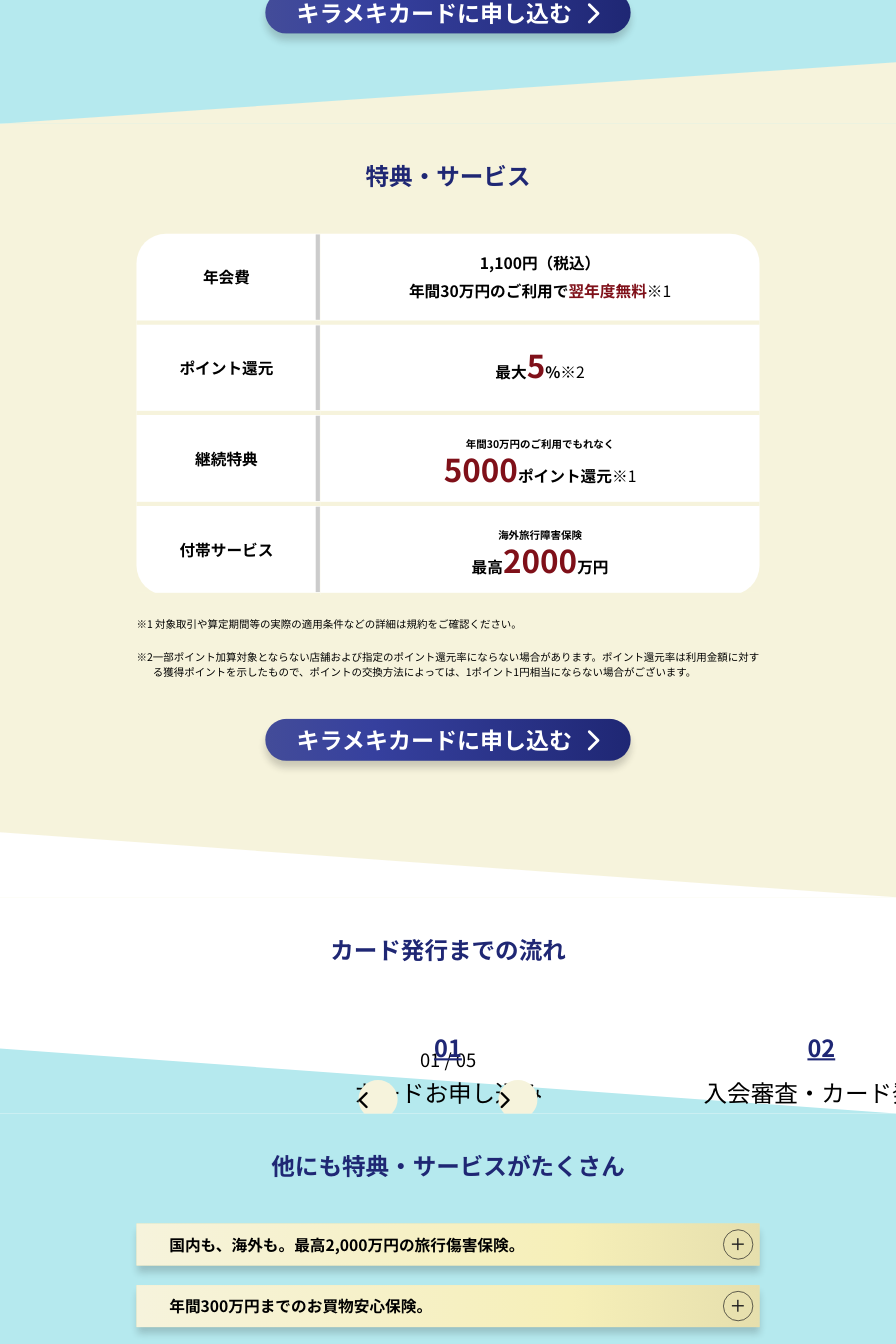
Repository: ryu-nuno/tech_academy_subwork
Page: kadai-kirameki-card-main/index.html
The author's editor kept a record of every edit. The page is drawn from the files as they stood at one moment, then again after the next edit.
The browser window is 1280 px wide. The pictures show the part of the page from y = 1667 to 3587 px (the page is 6147 px tall), at 70% of full size.
Some web libraries are served in a nearby version.

Above is the page before.

### kadai-kirameki-card-main/index.html
<!DOCTYPE html>
<html lang="ja">
    <head>
        <meta charset="UTF-8">
        <meta name="viewport" content="width=device-width, initial-scale=1.0">
        <title>Kirameki-card</title>
        <meta name="description" content="ページの説明が入ります">

        <!-- CSS -->
        <link rel="stylesheet" href="https://cdnjs.cloudflare.com/ajax/libs/normalize/8.0.1/normalize.css">
        <link rel="stylesheet" type="text/css" href="./slick/slick.css">
        <link rel="stylesheet" type="text/css" href="./slick/slick-theme.css">
        <link rel="stylesheet" href="https://unpkg.com/swiper/swiper-bundle.css">
        <link rel="stylesheet" href="https://unpkg.com/swiper/swiper-bundle.min.css">
        <link rel="stylesheet" href="./css/style.css">

        <!-- FontAwesome -->
        <script src="https://kit.fontawesome.com/ab2670e4fc.js" crossorigin="anonymous"></script>

        <link rel="preconnect" href="https://fonts.googleapis.com">
        <link rel="preconnect" href="https://fonts.gstatic.com" crossorigin>
        <link href="https://fonts.googleapis.com/css2?family=Cormorant+Garamond:wght@300&family=Noto+Serif+JP&family=Roboto&display=swap" rel="stylesheet">
    </head>
    <body>
      <div id="wrapper">


        <!-- ヘッダー -->
        <header class="header">
          <div class="logo"><img src="./images/pc/Kirameki_Card_logo.png" alt=""></div>

          <div class="header_wrap">
            <div class="nav">
            <nav class="pc_nav">
              <ul class="pc_nav_ul">
                <li><a href="#">カード活用方法</a></li>
                <li><a href="#">ポイントを使う</a></li>
                <li><a href="#">お問合せ</a></li>
              </ul>
            </nav>
            </div>

            <div class="application_button_s"><span class="head_right"><a href="#">申し込む</a></span><i class="fas fa-chevron-right"></i></div>
          </div>
        </header>


        <header class="sp_header">
          <div><div class="sp_logo">キラメキカード</div></div>
                  <div class="sp_nav_wrap">
          <div id="menu"><span class="hamburger"><i class="fas fa-bars"></i></span></div>
            <nav class="sp_nav">
            <ul class="sp_nav_ul">
              <li><a href="#">カード活用方法</a></li>
              <li><a href="#">ポイントを使う</a></li>
              <li><a href="#">お問い合わせ</a></li>
            </ul>
        </nav>
    </div>
  </header>

        <!--メイン-->
        <main>

          <section class="main_top">
              <h1 class="main_catch">ネットショッピング時代の<br class="sp_br" />スタンダード</h1>
                <div class="main_img">
                  <img src="./images/pc/lp6_1.png" alt="">
                </div>
                <div class="sp_join_button"><span class="sp_join_p"><a href="#">申し込む</a></span><i class="fas fa-chevron-right"></i></div>
                <div class="stack">
                  <div class="sub_catch">キラメキカードは<br class="sp_br" />2021最強クレジットカード<br class="sp_br" />ランキングNo.1に選ばれました</div>
                </div>
          </section>

          <section class="gap">
          </section>
          <section class="join1">

            <h2 class="ad_heading">新規ご入会&ご利用で！</h2>
            <div class="join_wrap">
              <div class="join_detail">
                <span class="vertical">最大</span>
                <span class="font_l_red">8000</span><span class="point">ポイント</span><span class="kome">※</span><br />
                <span class="text_center_present">プレゼント!</span>
              </div>

              <div class="campaign_period">
                <span class="campaign">キャンペーン期間</span>
               <span class="period">2021年10月1日〜2022年3月31日</span>
              </div>

               <div class="campaign_caution">
                 <span class="rice_2">※</span>
                <span class="subject">最大8000ポイントは新規ご入会かつカード発行後1ヶ月以内に3000円以上ご利用いただいた方が対象となります</span>
               </div>

              <div class="caution_detail">
                <div class="detail_first">
                <span class="caution">＜ご注意事項＞<br /></span>
                <span class="not_app">以下のいずれかに当てはまる場合は対象外になります。<br /></span>
              </div>

              <div class="detail_second">
                <div class="flex">
                <span class="not_app_p">・</span><span class="not_app_block">2021年9月30日時点で弊社が指定するカードをお持ちの方</span>
              </div>
              <div class="flex">
                <span class="not_app_p">・</span><span class="not_app_block">2019年3月1日以降、新規で弊社が指定するカードを発行した履歴がある方</span>
              </div>
            </div>
            </div>
            </div>

              <div class="application_button_l"><span class="ad_right"><a href="#">キラメキカードに申し込む</a></span><i class="fas fa-chevron-right"></i></div>
           </section>

           <section class="benefit_service">
             <h2 class="heading">特典・サービス</h2>
            <table class="benefit_table">
              <tr>
                <td class="h_cell left_top"><span class="bold_head t_head">年会費</span></td>
                <td class="d_cell right_top"><span class="bold">1,100円（税込）<br /></span>
                  <span class="bold">年間30万円のご利用で</span><span class="red_m">翌年度無料</span><span class="annnotation sp_position">※1</span>
              </td>
              </tr>
              <tr>
                <td class="h_cell"><span class="bold_head t_head">ポイント還元</span></td>
                <td class="d_cell"><span class="bold">最大</span><span class="red_l">5</span><span class="bold">%</span><span class="annnotation">※2</span> </td>
              </tr>
              <tr>
                <td class="h_cell"><span class="bold_head t_head">継続特典</span></td>
                <td class="d_cell"><span class="regular">年間30万円のご利用でもれなく<br /></span>
                    <span class="red_l">5000</span><span class="bold">ポイント還元</span><span class="annnotation">※1</span>
                </td>
              </tr>
              <tr>
                <td class="h_cell left_bottom"><span class="bold_head t_head">付帯サービス</span></td>
                <td class="d_cell right_bottom"><span class="regular">海外旅行障害保険<br /></span>
                  <span class="bold">最高</span><span class="red_l">2000</span><span class="bold">万円</span>
                </td>
              </tr>
            </table>

            <div class="supplement sp_bottom"><span class="spp_no">※1 対象取引や算定期間等の実際の適用条件などの詳細は規約をご確認ください。</span></div>

          <div class="supplement"><span class="spp_no">※2</span><span class="spp_p"> 一部ポイント加算対象とならない店舗および指定のポイント還元率にならない場合があります。ポイント還元率は利用金額に対する獲得ポイントを示したもので、ポイントの交換方法によっては、1ポイント1円相当にならない場合がございます。</span></div>


              <div class="application_button_l"><span class="ad_right"><a href="#">キラメキカードに申し込む</a></span><i class="fas fa-chevron-right"></i></div>
           </section>

           <section class="flow">
             <h2 class="heading">カード発行までの流れ</h2>

             <div class="swiper">
              <div class="swiper-wrapper">
                <div class="swiper-slide"><span class="flow_no">01<br /></span><span class="flow_head">カードお申し込み</span></div>
                <div class="swiper-slide"><span class="flow_no">02<br /></span><span class="flow_head">入会審査・カード発行</span></div>
                <div class="swiper-slide"><span class="flow_no">03<br /></span><span class="flow_head">カード到着</span></div>
                <div class="swiper-slide"><span class="flow_no">04<br /></span><span class="flow_head">アプリをダウンロード</span></div>
                <div class="swiper-slide"><span class="flow_no">05<br /></span><span class="flow_head">アプリでカード番号を確認</span></div>
              </div>
              <div class="swiper-button-prev"></div>
              <div class="swiper-button-next"></div>
              <div class="swiper-pagination"></div>
            </div>
           </section>


           <section class="other">
              <h2 class="heading">他にも<br class="sp_br" />特典・サービスがたくさん</h2>

              <div class="other_wrap">
                <dl class="accordion">
                    <dt class="other_heading"><div class="sp_question pc_question"><span class="other_head_p">国内も、海外も。<br class="sp_br" />最高2,000万円の旅行傷害保険。</span><span class="symbol">開く</span></div></dt>
                    <dd class="other_p"><div class="flex" style="display : flex; align-items: baseline;"><div class="other_block">最高2,000万円の旅行傷害保険<br />海外・国内最高2,000万円の旅行傷害保険が付帯されます。（一部利用条件あり）</div></div></dd>
                    <dt class="other_heading"><div class="sp_question"><span class="other_head_p">年間300万円までの<br class="sp_br" />お買物安心保険。</span><span class="symbol">開く</span></div></dt>
                    <dd class="other_p"><div class="flex" style="display : flex; align-items: baseline;"><div class="other_block">キラメキクレジットカードで決済して購入した商品が壊れたり、盗まれたりしたときに安心の保険サービスです。<br />保険料のお支払いや事前のお届けは必要ございません。</div></div></dd>
                    <dt class="other_heading"><div class="sp_question"><span class="other_head_p">国内空港ラウンジサービスが<br class="sp_br" />無料<br class="sp_br"></span><span class="symbol">開く</span></div></dt>
                    <dd class="other_p"><div class="flex" style="display : flex; align-items: baseline;"><div class="other_block">国内主要空港のラウンジを無料でご利用いただくことが可能です。</div></div></dd>
                    <dt class="other_heading"><div class="sp_question"><span class="other_head_p">海外Wi-Fi無料レンタル</span><span class="symbol">開く</span></div></dt>
                    <dd class="other_p"><div class="flex" style="display : flex; align-items: baseline;"><div class="other_block">海外でご利用いただけるポータブルWi-Fiを無料でレンタルすることが可能です。</div></div></dd>
                    <dt class="other_heading"><div class="sp_question"><span class="other_head_p">24時間対応の<br class="sp_br" />紛失受付センター</span><span class="symbol">開く</span></div></dt>
                    <dd class="other_p"><div class="flex" style="display : flex; align-items: baseline;"><div class="other_block">紛失したカードの利用停止と再発行のお手続きをWebと電話から同時に行うことが可能です。</div></div></dd>
                  </dl>
                </div>
            </section>









            <section class="base_info">
              <h2 class="heading">基本情報</h2>

              <table class="base_info_table">
                <tr><td class="base_info_th">名称</td><td class="base_info_td">キラメキクレジットカード</td></tr>
                <tr><td class="base_info_th">発行ブランド</td><td class="base_info_td">AAAAA / BBBBB</td></tr>
                <tr><td class="base_info_th">入会対象者</td><td class="base_info_td">満20歳以上で、ご本人に安定継続収入のある方</td></tr>
                <tr><td class="base_info_th">年会費</td><td class="base_info_td"><div class="line_height">＜本会員＞<br />通常　1100円（税込）<br /><span class="annotation_block">※年間30万円のご利用で翌年の年会費無料</span><br />＜家族会員＞<br />無料（人数制限なし）</div></td></tr>
                <tr><td class="base_info_th">ポイント</td><td class="base_info_td">カード利用金額 200円（税込）ご利用で1ポイント</td></tr>
                <tr><td class="base_info_th">旅行傷害保険</td><td class="base_info_td">最高2,000万円の海外・国内旅行傷害保険<br /><span class="annotation_flex"><span class="info_annotation">※</span><span class="info_annnotation annotation_block">傷害死亡・後遺障害補償は、事前の旅費などの当該カードでのクレジット決済有無により最高補償額が異なります。</span></span></td></tr>
                <tr><td class="base_info_th">ショッピング保証</td><td class="base_info_td">年間300万円までのお買物安心保険<br /><span class="annotation_flex"><span class="info_annotation">※</span><span class="info_annnotation annotation_block">一部補償の対象とならない商品・損害がございます</span></span></td></tr>


              </table>
            </section>

            <section class="join2">
              <h2 class="ad_heading">新規ご入会&amp;ご利用で！</h2>
              <div class="join_wrap">
                <div class="join_detail">
                  <span class="vertical">最大</span>
                  <span class="font_l_red">8000</span><span class="point">ポイント</span><span class="small">※</span><br />
                  <span class="text_center_present">プレゼント!</span>
                </div>

                <div class="campaign_period">
                  <span class="campaign">キャンペーン期間</span>
                 <span class="period">2021年10月1日〜2022年3月31日</span>
                </div>

                 <div class="campaign_caution">
                   <span class="rice_2">※</span>
                  <span class="subject">最大8000ポイントは新規ご入会かつカード発行後1ヶ月以内に3000円以上ご利用いただいた方が対象となります</span>
                 </div>

                <div class="caution_detail">
                  <div class="detail_first">
                  <span class="caution">＜ご注意事項＞<br /></span>
                  <span class="not_app">以下のいずれかに当てはまる場合は対象外になります。<br /></span>
                </div>

                <div class="detail_second">
                  <div class="flex">
                  <span class="not_app_p">・</span><span class="not_app_block">2021年9月30日時点で弊社が指定するカードをお持ちの方</span>
                </div>
                <div class="flex">
                  <span class="not_app_p">・</span><span class="not_app_block">2019年3月1日以降、新規で弊社が指定するカードを発行した履歴がある方</span>
                </div>
              </div>
              </div>
              </div>

                <div class="application_button_l"><span class="ad_right"><a href="#">キラメキカードに申し込む</a></span><i class="fas fa-chevron-right"></i></div>
             </section>

        </main>

        <!-- フッター -->
        <footer class="footer">
          <div class="footer_logo"><img src="./images/pc/Kirameki_Card_logo.png" alt=></div>
          <p class="copywrite">&copy; 2004-2021 Kirameki Card Co. Ltd. All Rights Reserved.</p>

        </footer>

        <!-- JS -->
        <script src="https://ajax.googleapis.com/ajax/libs/jquery/3.4.1/jquery.min.js"></script>
        <!--<script type="text/javascript" src="https://cdnjs.cloudflare.com/ajax/libs/jquery/1.11.1/jquery.min.js"></script>
        <script src="https://code.jquery.com/jquery-2.2.0.min.js" type="text/javascript"></script>-->
        <script src="https://unpkg.com/swiper/swiper-bundle.js"></script>
        <script src="https://unpkg.com/swiper/swiper-bundle.min.js"></script>
        <script src="./slick/slick.js" type="text/javascript" charset="utf-8"></script>
        <script src="./js/hamburger.js"></script>
        <script src="./js/accordion.js"></script>
        <script src="./js/swiper.js"></script>
        <script src="./js/inview.js"></script>

      </div>
    </body>
</html>

Loaded but not shown: kadai-kirameki-card-main/slick/slick.css (common file); kadai-kirameki-card-main/slick/slick-theme.css (common file); kadai-kirameki-card-main/slick/slick.js (library); kadai-kirameki-card-main/js/swiper.js (67 lines, source omitted); kadai-kirameki-card-main/js/inview.js (12 lines, source omitted); kadai-kirameki-card-main/js/accordion.js (6 lines, source omitted); kadai-kirameki-card-main/js/hamburger.js (5 lines, source omitted); kadai-kirameki-card-main/css/style.css (1495 lines, source omitted)

After the next edit:
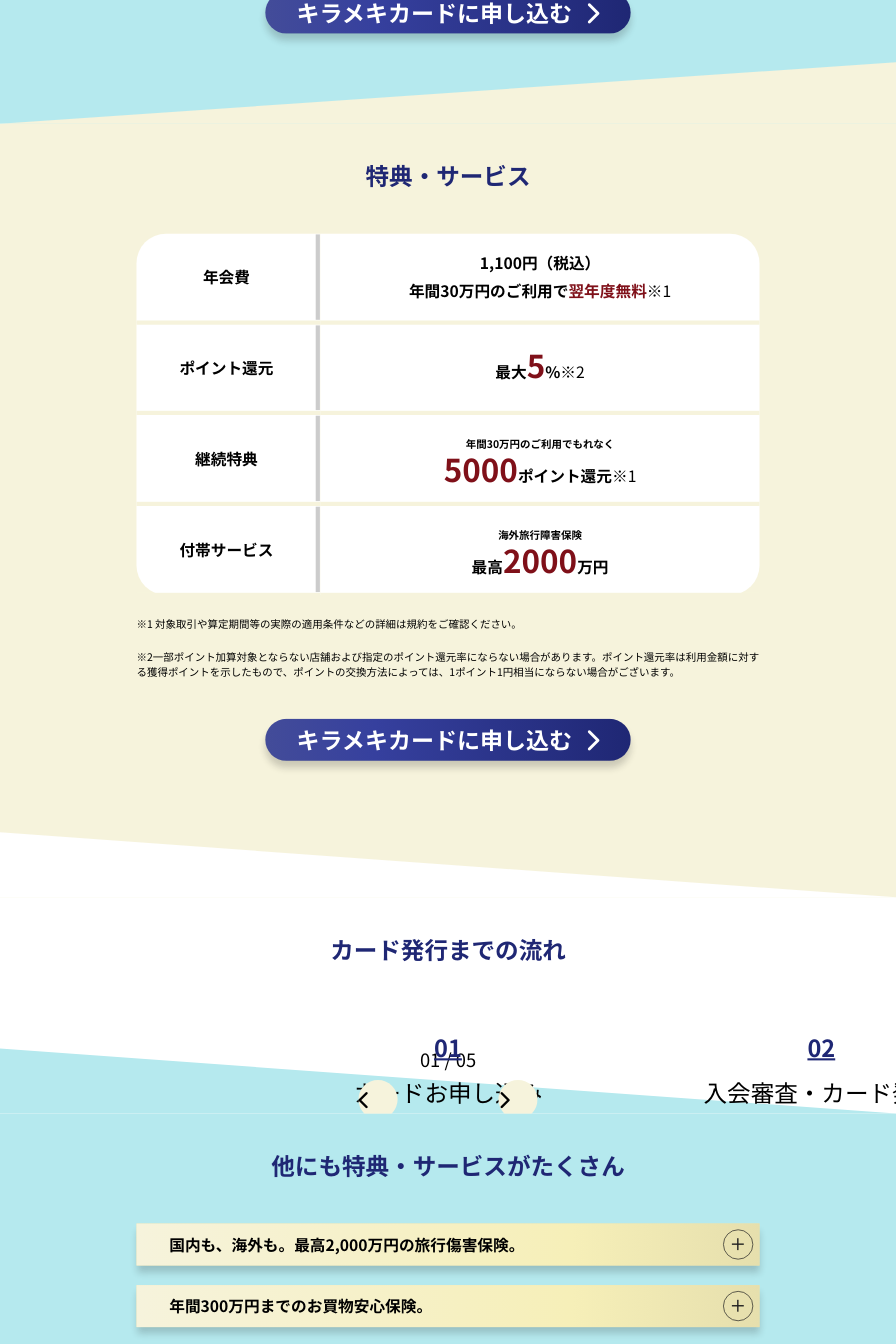
The edit:
--- a/kadai-kirameki-card-main/index.html
+++ b/kadai-kirameki-card-main/index.html
@@ -144,7 +144,7 @@
 
             <div class="supplement sp_bottom"><span class="spp_no">※1 対象取引や算定期間等の実際の適用条件などの詳細は規約をご確認ください。</span></div>
 
-          <div class="supplement"><span class="spp_no">※2</span><span class="spp_p"> 一部ポイント加算対象とならない店舗および指定のポイント還元率にならない場合があります。ポイント還元率は利用金額に対する獲得ポイントを示したもので、ポイントの交換方法によっては、1ポイント1円相当にならない場合がございます。</span></div>
+          <div class="supplement"><span class="spp_no">※2一部ポイント加算対象とならない店舗および指定のポイント還元率にならない場合があります。ポイント還元率は利用金額に対する獲得ポイントを示したもので、ポイントの交換方法によっては、1ポイント1円相当にならない場合がございます。</span></div>
 
 
               <div class="application_button_l"><span class="ad_right"><a href="#">キラメキカードに申し込む</a></span><i class="fas fa-chevron-right"></i></div>
